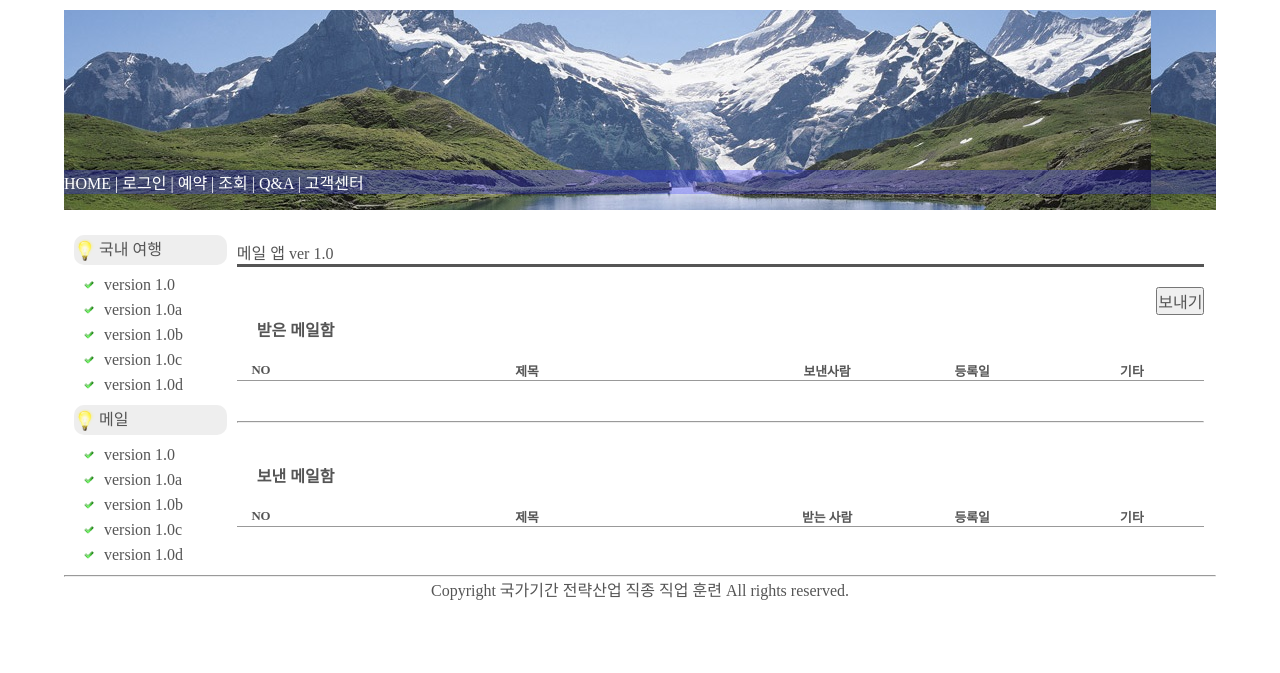
Repository: jangky000/ai_web
Page: http://localhost/blog_v2jc/mail_app/list.jsp
These files come from the project's save history. The page is drawn as it stood at one moment and after the next save; the edit follows.
The browser window is 1280 px wide. The pictures show the whole page.
The page is served by Tomcat 9. Queries for data that is not in the repository find no rows.

Above is the page before, as saved 2020-03-27 06:50:11.

After the next save:
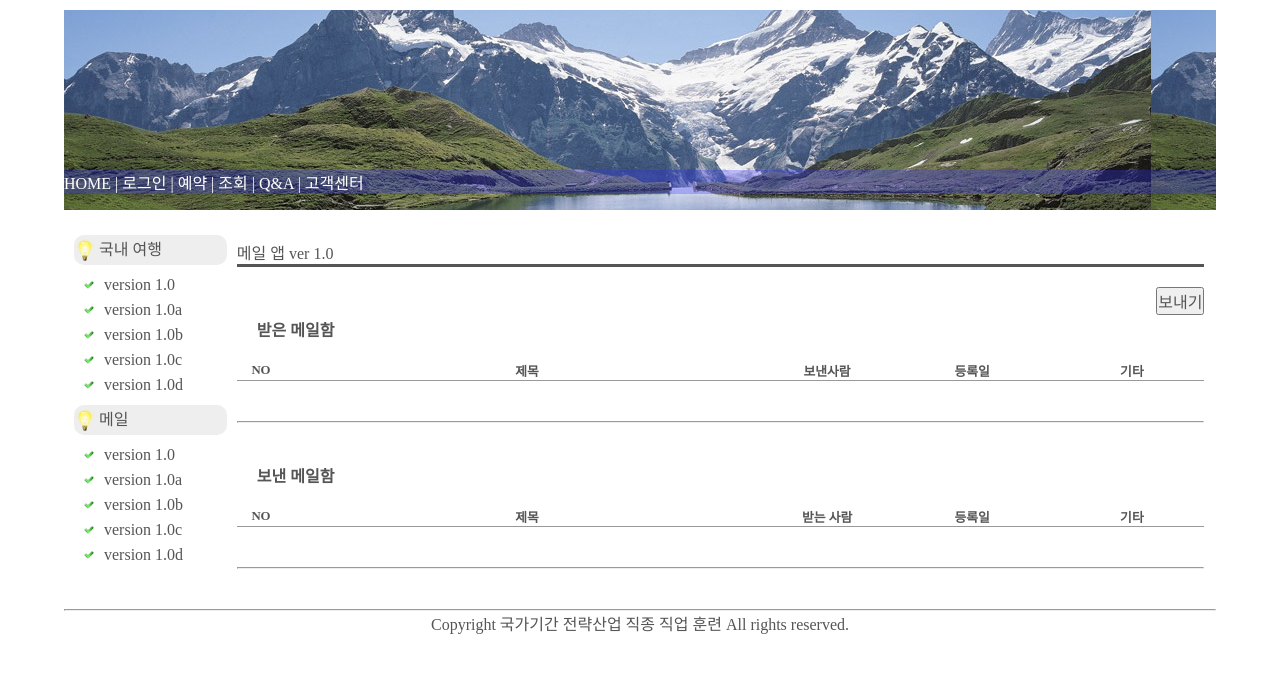
Saved 33 s later.
--- a/ws__frame/blog_v2jc/WebContent/mail_app/list.jsp
+++ b/ws__frame/blog_v2jc/WebContent/mail_app/list.jsp
@@ -182,7 +182,7 @@ String password = "1234";
     </tbody>
   </table>
 
-
+ <hr style="margin: 40px 0;">
 
 <jsp:include page="/menu/bottom.jsp" flush='false' />
 </body>
